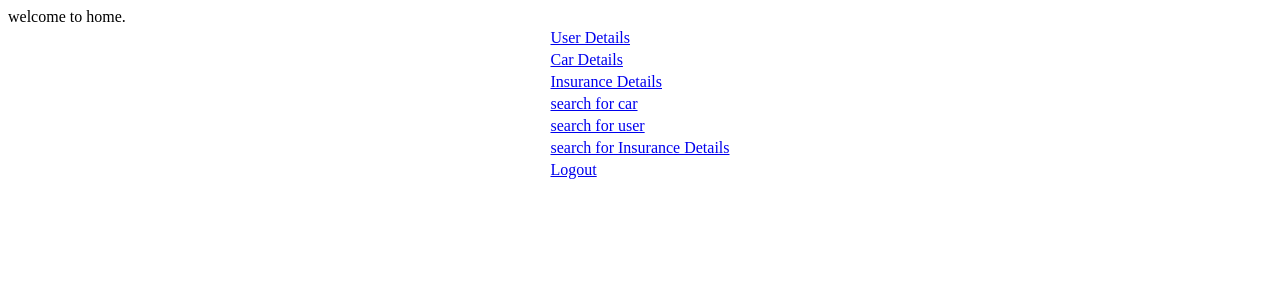
Repository: pdway/Adv-JAVA
Page: http://localhost/Car_insurance_system/home.jsp
An editor plug-in stored every save of this project. The page is shown before and after the next save, followed by the edit.
The browser window is 1280 px wide. The pictures show the whole page.
The page is served by Tomcat 9. Other server files are loaded and not shown.

Above is the page before, as saved 2020-11-04 13:13:34.

### carinsys/Car_insurance_system/WebContent/home.jsp
<%@ taglib uri="http://www.springframework.org/tags/form" prefix="spr" %>

<%@ page language="java" contentType="text/html; charset=ISO-8859-1"
    pageEncoding="ISO-8859-1"%>
<!DOCTYPE html>
<html>
<head>
<meta charset="ISO-8859-1">
<title>Insert title here</title>
</head>
<body>
welcome to home.
<table align="center" >


		<tr>
			<td> <a href="userpage.jsp" >User Details</a> </td>
		</tr>
		<tr>
			<td> <a href="carpage.jsp" >Car Details</a> </td>
		</tr>
		<tr>
			<td> <a href="inspage.jsp" >Insurance Details</a> </td>
		</tr>

		<tr>
			<td> <a href="prep_search_car.htm" >search for car</a> </td>
		</tr>

		<tr>
			<td> <a href="prep_search_user.htm" >search for user</a> </td>
		</tr>

		<tr>
			<td> <a href="prep_search_ins.htm" >search for Insurance Details</a> </td>
		</tr>


		<tr>
			<td> <a href="logout.htm" >Logout</a> </td>
		</tr>
	</table>


</body>
</html>

After the next save:
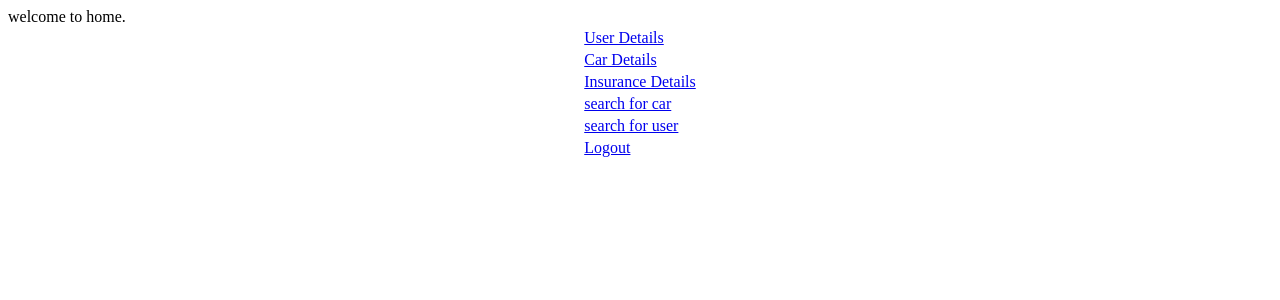
Saved 4 min 26 s later.
--- a/carinsys/Car_insurance_system/WebContent/home.jsp
+++ b/carinsys/Car_insurance_system/WebContent/home.jsp
@@ -31,10 +31,6 @@ welcome to home.
 			<td> <a href="prep_search_user.htm" >search for user</a> </td>
 		</tr>
 
-		<tr>
-			<td> <a href="prep_search_ins.htm" >search for Insurance Details</a> </td>
-		</tr>
-
 
 		<tr>
 			<td> <a href="logout.htm" >Logout</a> </td>
